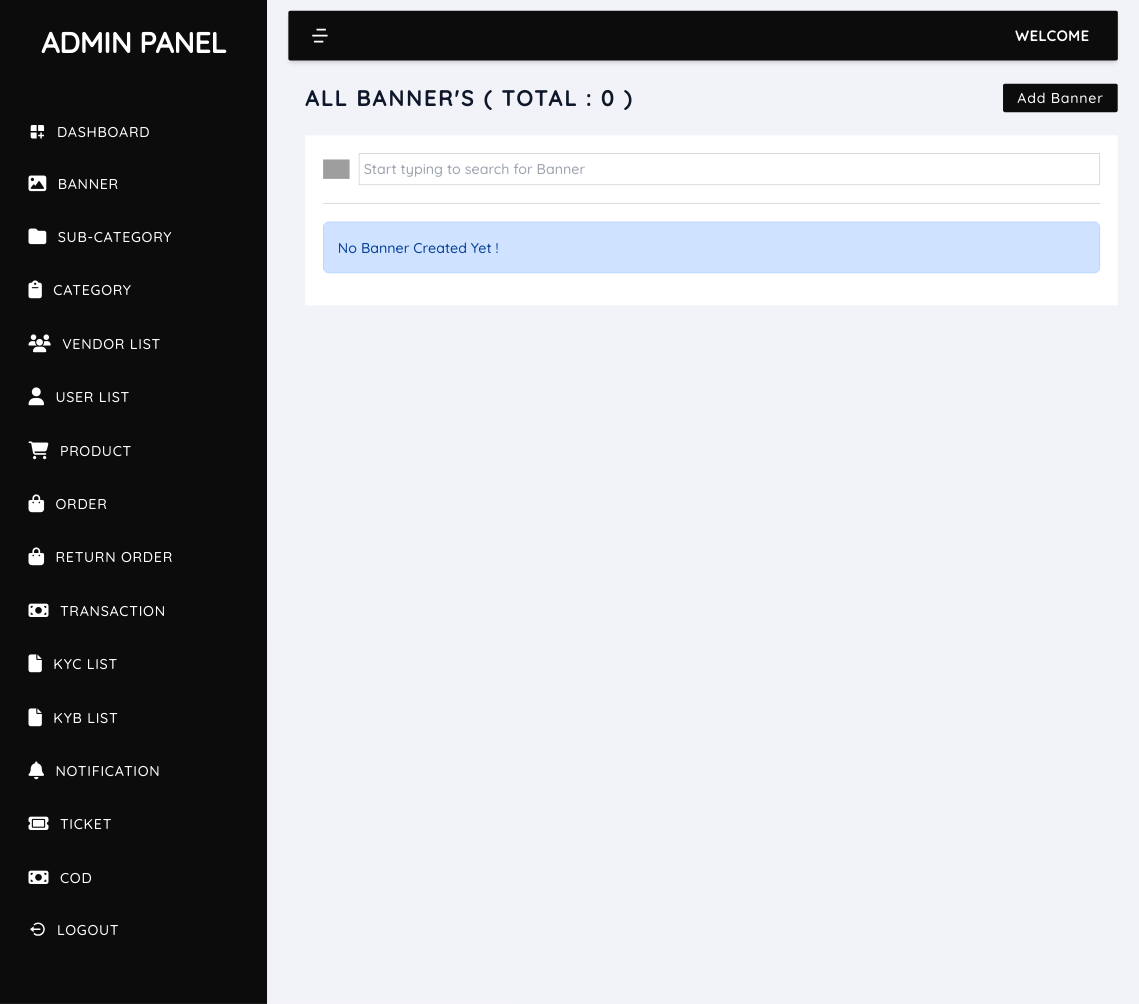
Repository: FlyweisReact/Sudarshan
Page: /admin/banner
An editor plug-in stored every save of this project. The page is shown before and after the next save, followed by the edit.
The browser window is 1280 px wide. The pictures show the whole page, at 89% of full size.
Pictures or frames that could not be fetched are drawn as grey boxes. The page's requests for data from a server got no answer. Some web libraries are served in a nearby version. The project was rebuilt for these pictures with package versions that can differ from the ones it lists, and the page was loaded fresh each time. No one was signed in, and anything a server would have sent is missing. Also part of the build but not shown: src/Admin/forms/AdminLogin.jsx, src/Admin/pages/Dashboard/AdminDashboard.js, src/Admin/pages/subcategory/AdminSubCategory.js, src/Admin/pages/category/AdminCategory.js, src/Admin/pages/Product/AdminProduct.js, src/Admin/pages/Product/AdminSingleProduct.js, src/Admin/pages/Order/AdminOrder.js, src/Admin/pages/Order/AdminViewOrder.js and 11 more.

Above is the page before, as saved 2023-09-06 13:07:24.

### public/index.html
<!-- @format -->

<!DOCTYPE html>
<html lang="en">
  <head>
    <meta charset="utf-8" />
    <meta name="viewport" content="width=device-width, initial-scale=1" />
    <meta name="theme-color" content="#000000" />
    <meta
      name="description"
      content="Web site created using create-react-app"
    />
    <link rel="icon" href="%PUBLIC_URL%/favicon.png" />
    <link rel="manifest" href="%PUBLIC_URL%/manifest.json" />
    <link rel="preconnect" href="https://fonts.googleapis.com" />
    <link rel="preconnect" href="https://fonts.gstatic.com" crossorigin />
    <link
      href="https://fonts.googleapis.com/css2?family=Quicksand:wght@500&display=swap"
      rel="stylesheet"
    />
    <title>Sudarshan</title>
  </head>
  <body>
    <noscript>You need to enable JavaScript to run this app.</noscript>
    <div id="root"></div>
    <script src="https://code.jquery.com/jquery-3.6.0.min.js"></script>
    <script
      src="https://kit.fontawesome.com/b533b351e4.js"
      crossorigin="anonymous"
    ></script>
  </body>
</html>

### src/index.js
import React from "react";
import ReactDOM from "react-dom/client";
import "./index.css";
import App from "./App";
import { BrowserRouter } from "react-router-dom";
import 'bootstrap/dist/css/bootstrap.min.css'
import "react-toastify/dist/ReactToastify.css";

const root = ReactDOM.createRoot(document.getElementById("root"));
root.render(
  <React.StrictMode>
    <BrowserRouter>
      <App />
    </BrowserRouter>
  </React.StrictMode>
);

### src/index.css
/** @format */

@tailwind base;
@tailwind components;
@tailwind utilities;

body {
  margin: 0;
  font-family: Quicksand !important;
  -webkit-font-smoothing: antialiased;
  -moz-osx-font-smoothing: grayscale;
}

code {
  font-family: Quicksand !important;
}

html {
  font-family: Quicksand !important;
}

::-webkit-scrollbar {
  width: 10px;
}


.iCOn {
  transition: 0.5s;
  box-shadow: none;
  transform: scale(1);
}
.cardDiv {
  cursor: pointer;
}

.cardDiv:hover .iCOn {
  box-shadow: rgba(0, 0, 0, 0.35) 0px 5px 15px;
  transform: scale(1.3);
}

/* Track */
::-webkit-scrollbar-track {
  background: #f1f1f1;
}

/* Handle */
::-webkit-scrollbar-thumb {
  background: #888;
}

/* Handle on hover */
::-webkit-scrollbar-thumb:hover {
  background: #555;
}
.profileImage {
  width: 100px;
}
.fa-eye {
  color: #029aff;
  cursor: pointer;
}
.fa-edit {
  cursor: pointer;
  color: blue;
}

.View {
  border: 1px solid black;
  width: 100%;
  padding: 10px;
}

.main-card--container {
  display: grid;
  grid-template-columns: repeat(3, minmax(300px, 500px));
  grid-gap: 50px;
  justify-content: space-around;
}
.card-container {
  margin: 25px 0 auto;
  box-shadow: rgba(0, 0, 0, 0.35) 0px 5px 15px;
  position: relative;
  display: grid;
  grid-template-columns: 1fr;
  justify-content: space-around;
  align-items: flex-start;
}

.myEdit:focus {
  box-shadow: rgba(0, 0, 0, 0.35) 0px 5px 15px;
}

.AstroLogin {
  color: #fff;
  background-color: #2b7a8e;
  padding: 10px;
  width: 380px;
  text-align: center;
  font-size: 20px;
  background: linear-gradient(to left, #2b7a8e 50%, #fff 50%) right;
  background-size: 200%;
  transition: 0.5s ease-out;
  border: 1px solid #2b7a8e;
  margin-top: 10px;
  text-transform: uppercase;
}
.AstroLogin:hover {
  background-position: left;
  color: #2b7a8e;
}

.EcommerceAdminLogin {
  color: #fff;
  background-color: #0c0c0c;
  padding: 10px;
  width: 380px;
  text-align: center;
  font-size: 20px;
  background: linear-gradient(to left, #0c0c0c 50%, #fff 50%) right;
  background-size: 200%;
  transition: 0.5s ease-out;
  border: 2px solid #0c0c0c;
  margin-top: 10px;
  text-transform: uppercase;
}
.EcommerceVendorLogin {
  color: #fff;
  background-color: #576cbc;
  padding: 10px;
  width: 380px;
  text-align: center;
  font-size: 20px;
  background: linear-gradient(to left, #576cbc 50%, #fff 50%) right;
  background-size: 200%;
  transition: 0.5s ease-out;
  border: 1px solid #576cbc;
  margin-top: 10px;
  text-transform: uppercase;
}

.EcommerceVendorLogin:hover {
  background-position: left;
  color: #576cbc;
}

.view {
  background-color: #2196f3;
  color: #fff;
  width: 50%;
  padding: 5px;
}

.two-sec {
  display: flex;
  justify-content: space-evenly;
  justify-content: space-evenly;
}
.two-sec .left {
  width: 60%;
  background-color: #f6f1ef;
  padding: 20px;
}
.two-sec .left .head {
  font-size: 25px;
  font-weight: bold;
}

.two-sec .right {
  width: 30%;
  background-color: #f6f1ef;
}

.searchDiv {
  width: 100%;
  display: flex;
  gap: 10px;
  border: 1px solid rgb(179, 179, 179);
  padding: 10px;
  margin-bottom: 20px;
  align-items: center;
}
.searchDiv input {
  width: 94%;
  outline: none;
  border: none;
}

.flexCont {
  display: flex;
  align-items: center;
  gap: 10px;
}
.flexCont img {
  width: 60px;
  background-color: #e9ecef;
}

.blockContent {
  display: block;
}
.blockContent p {
  margin: 0;
}

.checkBox {
  width: 50px;
  height: 25px;
  background-color: #e9ecef;
  border-radius: 50px;
  position: relative;
  cursor: pointer;
}
.checkBox span {
  width: 20px;
  height: 20px;
  border-radius: 100%;
  background-color: #fff;
  position: absolute;
  left: 5px;
  top: 2px;
}
.ActivecheckBox {
  width: 50px;
  height: 25px;
  background-color: #0d6efd;
  border-radius: 50px;
  position: relative;
  cursor: pointer;
}
.ActivecheckBox span {
  width: 20px;
  height: 20px;
  border-radius: 100%;
  background-color: #fff;
  position: absolute;
  right: 5px;
  top: 2px;
}

.fa-eye {
  color: #0cba73;
  background-color: #d6f8e8;
  width: 35px;
  text-align: center;
  height: 35px;
  display: flex;
  border-radius: 100%;
  justify-content: center;
  padding-top: 10px;
  transition: 0.5s;
}

.fa-pen-to-square {
  color: #f4c39c;
  background-color: #ffebdb;
  width: 35px;
  text-align: center;
  height: 35px;
  display: flex;
  border-radius: 100%;
  justify-content: center;
  padding-top: 10px;
  cursor: pointer;
  transition: 0.5s;
}
.fa-trash {
  color: #df939f;
  background-color: #ffe1e8;
  width: 35px;
  text-align: center;
  height: 35px;
  display: flex;
  border-radius: 100%;
  justify-content: center;
  padding-top: 10px;
  cursor: pointer;
  transition: 0.5s;
}
.fa-trash:hover {
  transform: scale(1.2);
}
.fa-eye:hover {
  transform: scale(1.2);
}
.fa-pen-to-square:hover {
  transform: scale(1.2);
}
.required {
  color: #e74260;
}

.headP {
  margin-left: 2%;
  color: #7b7c7d;
}
.filterBox {
  display: flex;
  align-items: center;
  gap: 10px;
  border-bottom: 1px solid #d4d7dc;
  padding-bottom: 20px;
  margin-bottom: 20px;
}
.filterBox img {
  width: 30px;
}
.filterBox input {
  width: 100%;
  border: 1px solid #d4d7dc;
  outline: none;
  padding: 5px;
  color: black;
}
.sectionCont {
  width: 98%;
  background-color: #fff;
  margin-left: 2%;
  padding: 20px;
}

.overFlowCont {
  width: 100%;
  overflow-x: auto;
}

.logo {
  width: 100px;
  margin-bottom: 20px;
}

.updateProfile {
  margin-left: 20px;
  border: 1px solid #fff;
  border-radius: 100%;
  font-size: 1.2rem;
  padding: 10px;
  transition: 0.5s;
  cursor: pointer;
}
.updateProfile:hover {
  border: 1px solid #19376d;
  color: #19376d;
  background-color: #fff;
}

.Normalbtn {
  background-color: #19376d !important;
  border: 1px solid #19376d !important;
  border-radius: 0px !important;
}

.ImageCarousel {
  width: 150px !important;
  margin: 0px !important;
  height: 150px !important;
}
.CarouselImages {
  width: 60px;
  height: auto;
}
.CarouselImages img {
  width: 100% !important;
  height: 100% !important;
}

.ModalCarousel {
  width: 100% !important;
  height: 500px !important;
}
.ModalCarousel {
  width: 100% !important;
  height: 500px !important;
}
.ModalCarousel img {
  width: 100% !important;
  height: 500px !important;
}

.gridCont {
  display: grid;
  grid-template-columns: auto auto auto;
  justify-content: space-evenly;
}
.gridCont div {
  width: 400px;
  height: 300px;
  box-shadow: rgba(0, 0, 0, 0.35) 0px 5px 15px;
  padding: 10px;
  position: relative;
  margin-top: 20px;
}
.gridCont div img {
  width: 100%;
}
.delete-Btn {
  width: 90%;
  margin-left: 2%;
  color: #c44b3f;
  border: 1px solid #c44b3f;
  position: absolute;
  bottom: 10px;
  transition: 0.5s;
  padding: 10px;
}

.delete-Btn:hover {
  background-color: #c44b3f;
  color: #fff;
}

.BannerCarousel {
  width: 300px;
  margin: 0px !important;
}
.BannerCarouselImage {
  width: 300px;
}
.BannerCarouselImage img {
  width: 100%;
}

.pagination {
  display: flex;
  justify-content: center;
  align-items: center;
  gap: 10px;
  margin-bottom: 20px;
}
.pagination button {
  border: 1px solid black;
  padding: 10px;
}

.activePage {
  background-color: #19376d;
  color: #fff;
  border: 1px solid #19376d !important;
}

.active {
  background-color: #fff;
  color: #19376d !important;
}
.prevBtn {
  background-color: #fff;
  color: #19376d;
  border: 1px solid #19376d !important;
  transition: 0.5s;
}

.prevBtn:hover,
.prevBtn:focus,
.prevBtn:active {
  background-color: #19376d;
  color: #fff;
  border: 1px solid #19376d !important;
}
.nextBtn {
  background-color: #fff;
  color: #19376d;
  border: 1px solid #19376d !important;
  transition: 0.5s;
}

.nextBtn:hover,
.nextBtn:focus,
.nextBtn:active {
  background-color: #19376d;
  color: #fff;
  border: 1px solid #19376d !important;
}

.dangerBox {
  position: relative;
}
.dangerBox i {
  position: absolute;
  top: 50%;
  left: 90%;
  transform: translate(-50%, -50%);
  cursor: pointer;
}

.centerImage {
  max-width: 300px;
}
.img-cont {
  display: flex;
  gap: 10px;
  justify-content: center;
  flex-wrap: wrap;
}
.img-cont div {
  position: relative;
}
.img-cont div i {
  position: absolute;
  top: 10px;
  right: 10px;
  background-color: transparent;
}
/* ============== user data styling =========*/

.ud2 {
  display: flex;
  justify-content: space-between;
  margin-top: 20px;
}
.ud3 {
  width: 49%;
}
.ud4 {
  width: 49%;
}

.ud4 button {
  background: #c44b3f;
  width: 50%;
  height: 40px;
  border-radius: 4px;
  border: none;
  color: #fff;
}

/* ============ single order styling ================*/

#pdfGen {
  margin: 20px;
}
#pdfGen .Heading-Container {
  display: flex;
  align-items: center;
}
#pdfGen .Heading-Container img {
  width: 100px;
}
#pdfGen .Heading-Container .content {
  width: 80%;
  text-align: center;
}
#pdfGen .Heading-Container .content h2 {
  margin: 0;
  font-weight: bold;
  font-size: 25px;
}
#pdfGen .Heading-Container .content p {
  margin: 0;
  font-size: 14px;
  font-weight: 600;
  color: #a8a1a1;
}

.two-cont {
  display: flex;
  justify-content: space-between;
  padding-top: 10px;
  gap: 20px;
}
.two-cont p {
  margin: 0;
}
.two-cont .left {
  width: 40%;
}
.two-cont .left h6 {
  font-size: 14px;
  font-weight: bold;
}
.two-cont .left .box {
  border: 2px solid black;
  width: 100%;
  padding: 8px;
}
.two-cont .left .box p {
  font-size: 15px;
}
.two-cont .left .box .strong {
  font-weight: bold;
}
.two-cont .left .box p {
  font-weight: 600;
}
.two-cont .right {
  width: 60%;
  border: 2px solid black;
  padding: 10px;
}
.two-cont .right table {
  width: 100%;
  table-layout: fixed;
}
.two-cont .right td {
  font-weight: 900 !important;
  padding: 5px;
}
.bordererd {
  border-right: 2px solid black;
}
#pdfGen .empty {
  background-color: #000;
  height: 2px;
  margin-top: 20px;
}

#pdfGen {
  min-height: 100vh;
  display: flex;
  justify-content: space-between;
  flex-direction: column;
}

#pdfGen .Table {
  width: 100%;
  margin-top: 20px;
}
#pdfGen .Table tbody tr {
  border: 1px solid black;
}
#pdfGen .Table tbody tr td {
  padding: 5px;
  padding-bottom: 10px;
}

#pdfGen .Main_Table {
  display: flex;
  justify-content: flex-end;
  align-items: center;
  padding-top: 10px;
  gap: 50px;
  align-items: center;
}
#pdfGen .Main_Table p {
  font-weight: 900;
}

#pdfGen .below_Div .four-sec {
  display: flex;
  justify-content: space-evenly;
  border-top: 2px solid black;
  border-bottom: 2px solid black;
  padding: 4px;
}
#pdfGen .below_Div .four-sec p {
  margin: 0;
  font-size: 13px;
  text-align: center;
}
#pdfGen .below_Div .four-sec .stronger {
  font-weight: bold;
}

#pdfGen .below_Div .big_Head {
  font-size: 25px;
  background-color: #85827b;
  text-align: center;
  font-weight: bold;
  color: #fff;
  padding: 0;
  margin: 0;
  padding-bottom: 10px;
}
#pdfGen .below_Div .text-cont p {
  margin: 0;
  font-weight: 700;
  font-size: 14px;
  color: #85827b;
}
#pdfGen .below_Div .text-cont {
  text-align: center;
}
#pdfGen .below_Div .text-cont h5 {
  margin: 0;
  font-weight: 900;
}

.so2 {
  width: 100%;
}

.so4 {
  display: flex;
  justify-content: space-between;
}
.so4 p {
  margin: 0;
}

.searchByDate {
  display: flex;
  align-items: center;
  gap: 10px;
  border-bottom: 1px solid #d4d7dc;
  padding-bottom: 20px;
  margin-bottom: 20px;
  flex-wrap: wrap;
  justify-content: space-between;
}
.searchByDate div {
  width: 45%;
  display: flex;
  gap: 20px;
  align-items: center;
}
.searchByDate input {
  border: 1px solid #d4d7dc;
  width: 80%;
  padding: 10px;
  outline: none;
}
.searchByDate select {
  border: 1px solid #d4d7dc;
  padding: 10px;
  outline: none;
}

.so5 {
  margin-top: 20px;
  width: 98;
  margin-left: 1%;
}

.so5 table {
  width: 100%;
}
.so5 table th,
td {
  font-size: 13px;
  font-weight: 600;
}
.so6 {
  margin-top: 40px;
  margin-left: 65%;
  width: 30%;
}

.so7 {
  display: flex;
  justify-content: space-between;
  width: 80%;
}
.so7 p {
  margin: 0;
}

.downloadBtn {
  background: #0cba73;
  height: 40px;
  color: #fff;
  border-radius: 4px;
  padding: 10px;
}

.HomeGrid {
  display: flex;
  flex-wrap: wrap;
  gap: 20px;
}
.HomeGrid .cardDiv {
  max-width: 350px;
  width: 100%;
}


.loadingSpin{
  display: block !important;
  margin: auto !important;
}

.ActiveNav {
  border: 1px solid #fff;
}


td{
  text-transform: capitalize;
}

### src/Baseurl.js
/** @format */

export const Baseurl = "https://green-fyto.vercel.app/";

### src/Admin/layout/HOC.jsx
/** @format */

import React, { useState } from "react";
import Navbar from "./Navbar";
import Sidebar from "./Sidebar";

const HOC = (Wcomponenet) => {
  return function Component() {
    const [hamb, setHamb] = useState(false);
    return (
      <>
        <section
          className="flex overflow-x-hidden relative "
          style={{ backgroundColor: "#f2f3f8" }}
        >
          {/* Sidebar */}
          <div
            className={
              hamb
                ? " absolute top-0 z-30 md:w-auto shadow-md bg-slate-200  w-60 transition-all md:-left-full left duration-150  h-auto overflow-y-auto  left-0 "
                : " md:w-72 z-30 bg-slate-200  shadow-md  md:static absolute top-0 -left-full   transition-all duration-150  overflow-y-auto h-auto"
            }
            style={{ minWidth: "300px" }}
          >
            <Sidebar hamb={hamb} setHamb={setHamb} />
          </div>
          {/* Components & Navbar */}
          <div
            className={
              hamb
                ? " transition-all px-4 py-2  duration-150 w-full h-screen"
                : " w-full h-screen  px-4 py-2   z-50 transition-all duration-150 "
            }
            style={{ backgroundColor: "#f2f3f8" }}
          >
            <Navbar hamb={hamb} setHamb={setHamb} />
            <div className="my-6 text-#000 h-[87%] wcomp overflow-y-auto">
              {" "}
              <Wcomponenet />
            </div>
          </div>
        </section>
      </>
    );
  };
};

export default HOC;

### src/Admin/layout/Navbar.jsx
/** @format */

import { RiMenu4Line } from "react-icons/ri";

const Navbar = ({ hamb, setHamb }) => {
  const Name = localStorage.getItem("name");

  return (
    <>
      <div
        className={
          hamb
            ? "flex  w-full justify-between  my-1 rounded-sm  p-4 py-3 shadow-md items-center  bg-slate-200 space-x-4"
            : "flex  w-full justify-between my-1 rounded-sm  p-4 py-3 shadow-md items-center  bg-slate-200 space-x-4"
        }
        style={{ backgroundColor: "#0c0c0c" }}
      >
        <RiMenu4Line
          onClick={() => setHamb(!hamb)}
          className="text-2xl font-bold text-gray-900 hover:scale-90 cursor-pointer"
          style={{ color: "#fff" }}
        />

        <section className="flex sm:ml-auto justify-end sm:w-full items-center space-x-2  pr-2">
          <figcaption className="tracking-wider pl-1 font-semibold">
            <div
              className="lg:text-base text-sm text-gray-900  uppercase"
              style={{ color: "#fff" }}
            >
              Welcome {Name}
            </div>
          </figcaption>
        </section>
      </div>
    </>
  );
};

export default Navbar;

### src/Admin/layout/Sidebar.jsx
/** @format */

import React from "react";
import { RiCloseLine } from "react-icons/ri";
import { Link, useLocation, useNavigate } from "react-router-dom";
import { BiLogOutCircle } from "react-icons/bi";
import { MdDashboardCustomize } from "react-icons/md";
import { toast } from "react-toastify";

const Sidebar = ({ hamb, setHamb }) => {
  const navigate = useNavigate();

  const nav = [
    {
      icon: <MdDashboardCustomize className="text-xl mr-3 rounded-full " />,
      link: "/admin/dashboard ",
      name: "Dashboard",
    },
    {
      icon: <i className="fa-solid fa-image text-xl mr-3 rounded-full " />,
      link: "/admin/banner ",
      name: "Banner",
    },
    {
      icon: <i className="fa-solid fa-folder text-xl mr-3 rounded-full " />,
      link: "/admin/sub-category ",
      name: "Sub-Category",
    },
    {
      icon: <i className="fa-solid fa-clipboard text-xl mr-3 rounded-full " />,
      link: "/admin/category ",
      name: "Category",
    },
    {
      icon: <i className="fa-solid fa-users  text-xl mr-3 rounded-full " />,
      link: "/vendor-list",
      name: "Vendor List",
    },
    {
      icon: <i className="fa-solid fa-user text-xl mr-3 rounded-full " />,
      link: "/user-list",
      name: "User List",
    },

    {
      icon: (
        <i className="fa-solid fa-cart-shopping text-xl mr-3 rounded-full " />
      ),
      link: "/admin/product ",
      name: "Product",
    },

    {
      icon: (
        <i className="fa-solid fa-bag-shopping text-xl mr-3 rounded-full " />
      ),
      link: "/admin/order",
      name: "Order",
    },
    {
      icon: (
        <i className="fa-solid fa-bag-shopping text-xl mr-3 rounded-full " />
      ),
      link: "/return-order",
      name: "Return Order",
    },
    {
      icon: <i className="fa-solid fa-money-bill text-xl mr-3 rounded-full " />,
      link: "/admin/transaction",
      name: "Transaction",
    },
    {
      icon: <i className="fa-solid fa-file text-xl mr-3 rounded-full " />,
      link: "/admin/kyc-list",
      name: "Kyc List",
    },
    {
      icon: <i className="fa-solid fa-file text-xl mr-3 rounded-full " />,
      link: "/admin/kyb",
      name: "Kyb List",
    },


    {
      icon: <i className=" fa-solid fa-bell text-xl mr-3 rounded-full " />,
      link: "/notification",
      name: "Notification",
    },
    {
      icon: <i className=" fa-solid fa-ticket text-xl mr-3 rounded-full " />,
      link: "/admin/ticket",
      name: "Ticket",
    },
    {
      icon: <i className=" fa-solid fa-money-bill text-xl mr-3 rounded-full " />,
      link: "/admin/COD",
      name: "COD",
    },
  ];

  const logOut = () => {
    localStorage.clear();
    navigate("/admin-login");
    toast.success("Logged Out");
  };



  return (
    <>
      <aside
        className="p-4 h-auto"
        style={{ backgroundColor: "#0c0c0c", minHeight: "100vh" }}
      >
        {/* Top */}
        <div className="w-full md:hidden relative  p-2 mb-4">
          <RiCloseLine
            onClick={() => setHamb(!hamb)}
            className="text-3xl  absolute top-2 sm:hover:rotate-[228deg] transition-transform font-bold right-2 sm:hover:text-[22px] text-[rgb(241,146,46)] cursor-pointer"
          />
        </div>{" "}
        <figure className="flex  flex-col items-center">
          <span
            className="font-bold text-[#fff]"
            style={{
              fontSize: "2rem",
              textAlign: "center",
              textTransform: "uppercase",
            }}
          >
            {" "}
            ADMIN PANEL
          </span>
        </figure>
        <nav className="py-6">
          {nav.map((nav) => {
            return (
              <Link
                to={nav.link}
                key={nav.name}
                style={{ textDecoration: "none", textTransform: "uppercase" }}
              >
                <span
                  className="flex my-3 items-center cursor-pointer text-gray-900    tracking-wider p-2 rounded-sm"
                  style={{ color: "#FFF" }}
                >
                  {nav.icon} {nav.name}
                </span>
              </Link>
            );
          })}
          <span
            className="flex my-3 items-center cursor-pointer text-gray-900    tracking-wider p-2 rounded-sm"
            onClick={() => logOut()}
            style={{ color: "#FFF", textTransform: "uppercase" }}
          >
            <BiLogOutCircle className="text-xl mr-3 rounded-full " /> LogOut
          </span>
        </nav>
      </aside>
    </>
  );
};

export default Sidebar;

Loaded but not shown: tailwind.config.js (common file); src/Admin/pages/Banner/AdminBanner.js (249 lines, source omitted); src/App.js (67 lines, source omitted)

After the next save:
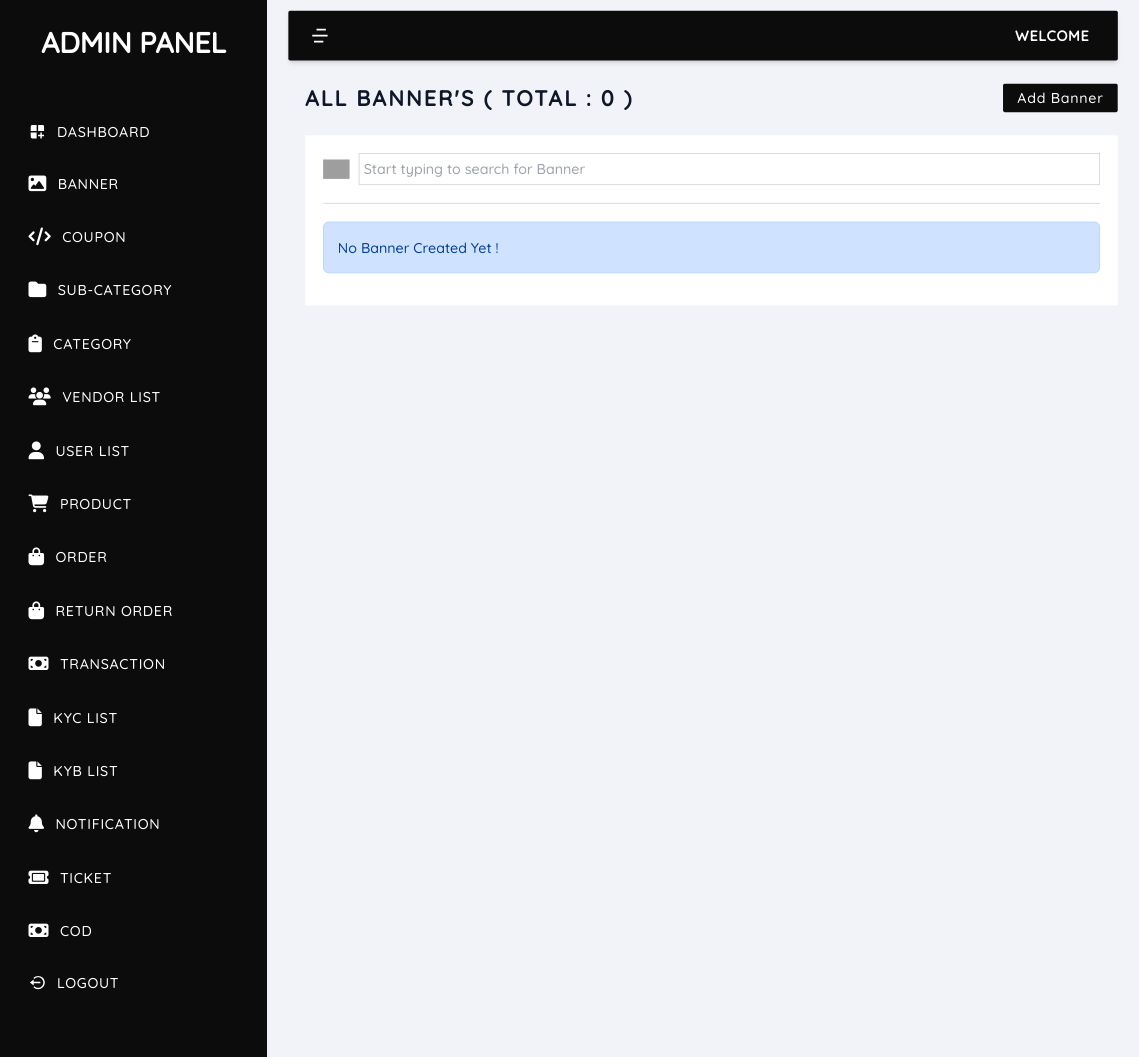
Saved 5 s later.
--- a/src/Admin/layout/Sidebar.jsx
+++ b/src/Admin/layout/Sidebar.jsx
@@ -21,6 +21,14 @@ const Sidebar = ({ hamb, setHamb }) => {
       link: "/admin/banner ",
       name: "Banner",
     },
+    {
+      icon: <i className="fa-solid fa-code text-xl mr-3 rounded-full " />,
+      link: "/coupon",
+      name: "Coupon",
+    },
+
+
+
     {
       icon: <i className="fa-solid fa-folder text-xl mr-3 rounded-full " />,
       link: "/admin/sub-category ",
